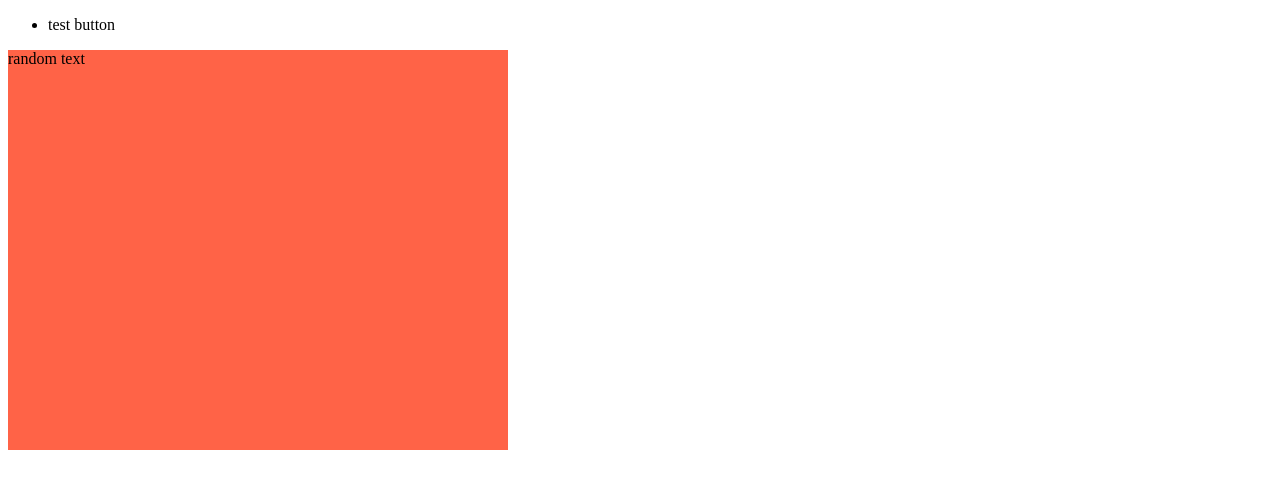
Repository: rohdejakub/portfolio
Page: test.html
These files come from the project's save history. The page is drawn as it stood at one moment and after a run of saves; the edit follows.
The browser window is 1280 px wide. The pictures show the whole page.
After loading, the first visible `#button` was clicked once.

Above is the page before, as saved 2018-11-13 00:36:08.

### test.html
<!DOCTYPE html>
<html>
<head>
    <meta charset="utf-8" />
    <meta http-equiv="X-UA-Compatible" content="IE=edge">
    <title>Page Title</title>
    <meta name="viewport" content="width=device-width, initial-scale=1">
    <link rel="stylesheet" type="text/css" media="screen" href="main.css" />
    <script src="https://ajax.googleapis.com/ajax/libs/jquery/3.3.1/jquery.min.js"></script>
</head>
<body>
        <ul>
                <li><a id='button'>test button</a></li>
            </ul>
    <div id='test'> random text</div>

    <script>
    $('#button').click(function(){
        $('#test').slideDown(200);
    });
    </script>
</body>
</html>

### main.css
#test{
    width: 500px;
    height: 400px;
    background-color: tomato;
}

After the next 2 saves:
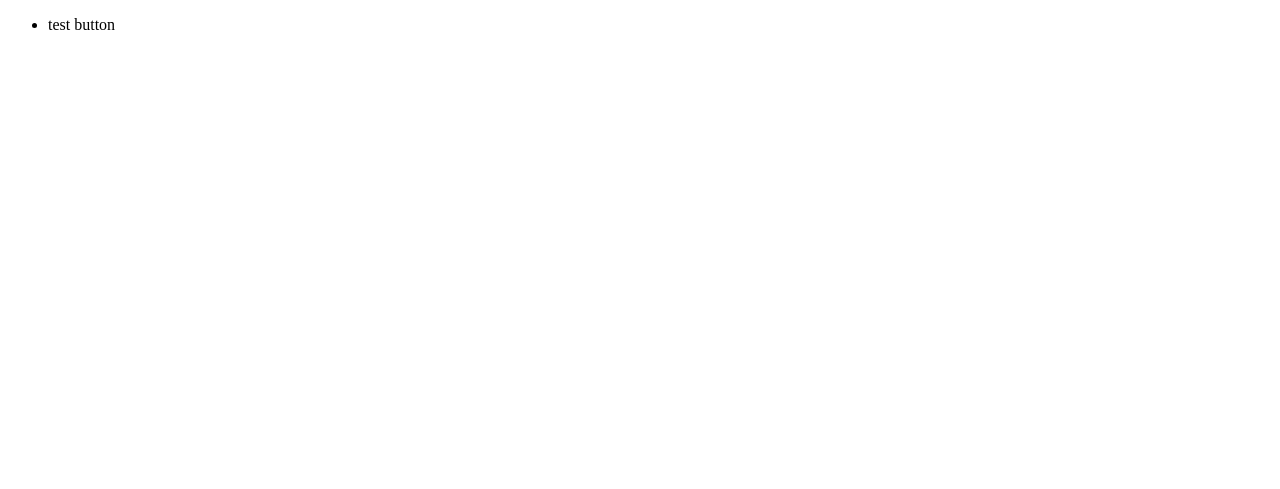
The 2 saves are shown as one change because they came seconds apart.
The last was saved 26 s later.
--- a/test.html
+++ b/test.html
@@ -16,7 +16,7 @@
 
     <script>
     $('#button').click(function(){
-        $('#test').slideDown(200);
+        $('#test').hide(500);
     });
     </script>
 </body>

After the 6 saves that followed:
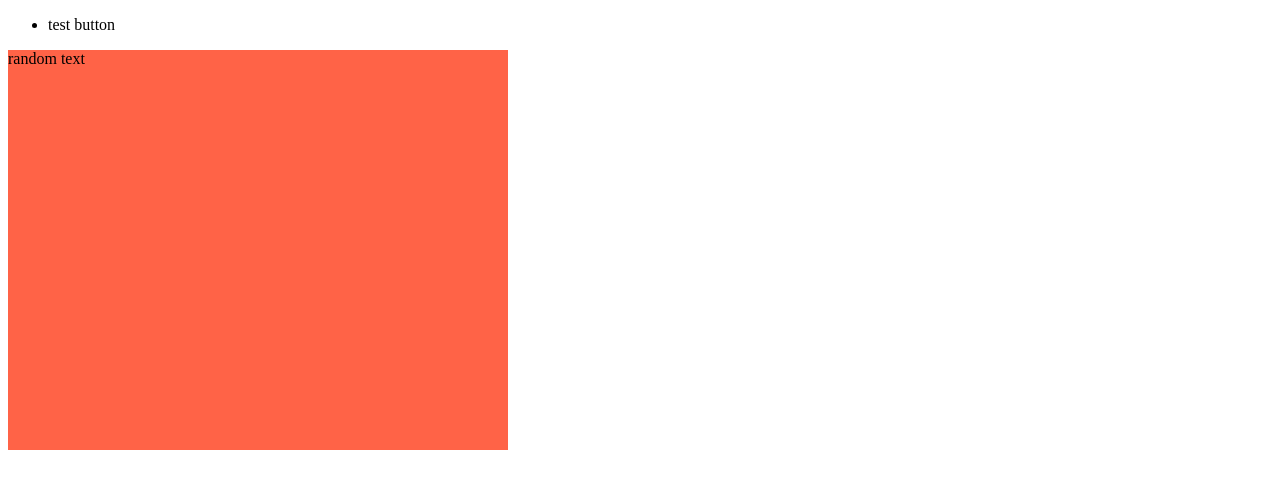
Console error: ReferenceError: wi is not defined
The 6 saves are shown as one change because 1 left the picture as it was and some came seconds apart.
The last was saved 31 s later.
--- a/test.html
+++ b/test.html
@@ -16,7 +16,7 @@
 
     <script>
     $('#button').click(function(){
-        $('#test').hide(500);
+        $('#test').animate({wi});
     });
     </script>
 </body>
